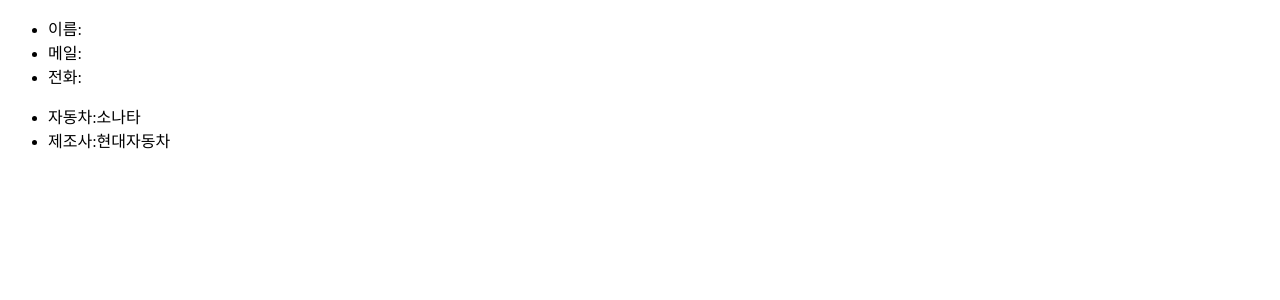
Repository: fatesky25/JSPprogram
Page: http://localhost/ServletProject/eltag/elEx01.jsp
An editor plug-in stored every save of this project. The page is shown before and after the next save, followed by the edit.
The browser window is 1280 px wide. The pictures show the whole page.
The page is served by Tomcat 9. Nobody is signed in. The application's start-up code is not run. Other server files are loaded and not shown.

Above is the page before, as saved 2023-02-15 06:01:34.

### ServletProject/src/main/webapp/eltag/elEx01.jsp
<%@ page language="java" contentType="text/html; charset=UTF-8"
    pageEncoding="UTF-8"%>
<%@ page import="com.actiontag.Customer,java.util.HashMap" %>

<%
   Customer customer = new Customer();
   customer.setName("손오공");
   customer.setEmail("son@naver.com");
   customer.setPhone("010-0000-1111");
   request.setAttribute("customer", customer);

   HashMap<String, String> map = new HashMap<String,String>();
   map.put("name", "소나타");
   map.put("maker", "현대자동차");
   request.setAttribute("car", map);

%>









<!DOCTYPE html>
<html>
<head>
<meta charset="UTF-8">
<title></title>
</head>
<body>
<ul>
    <li>이름:${coustomer.name}</li>
    <li>메일:${coustomer.email}</li>
    <li>전화:${coustomer.phone}</li>
</ul>

<ul>
    <li>자동차:${car.name}</li>
    <li>제조사:${car.maker}</li>
</ul>








</body>
</html>

### ServletProject/src/main/java/com/actiontag/Customer.java
package com.actiontag;

public class Customer {

	private String name;
	private String email;
	private String phone;

	public String getName() {
		return name;
	}
	public void setName(String name) {
		this.name = name;
	}
	public String getEmail() {
		return email;
	}
	public void setEmail(String email) {
		this.email = email;
	}
	public String getPhone() {
		return phone;
	}
	public void setPhone(String phone) {
		this.phone = phone;
	}

}

After the next save:
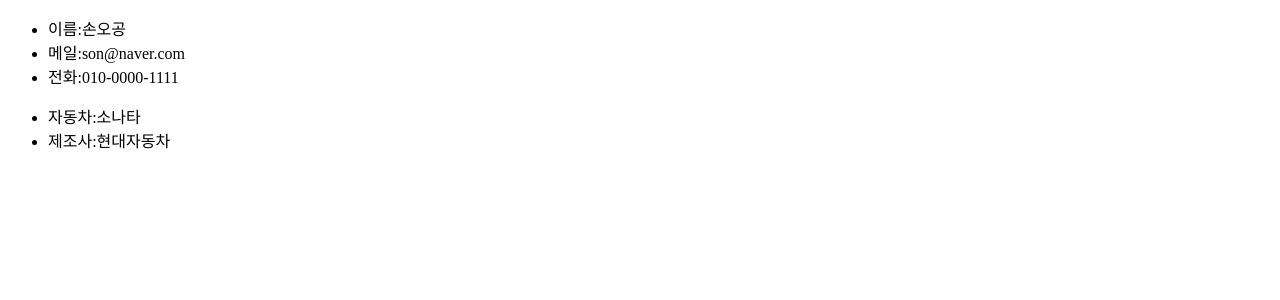
Saved 38 s later.
--- a/ServletProject/src/main/webapp/eltag/elEx01.jsp
+++ b/ServletProject/src/main/webapp/eltag/elEx01.jsp
@@ -32,9 +32,9 @@
 </head>
 <body>
 <ul>
-    <li>이름:${coustomer.name}</li>
-    <li>메일:${coustomer.email}</li>
-    <li>전화:${coustomer.phone}</li>
+    <li>이름:${customer.name}</li>
+    <li>메일:${customer.email}</li>
+    <li>전화:${customer.phone}</li>
 </ul>
 
 <ul>
